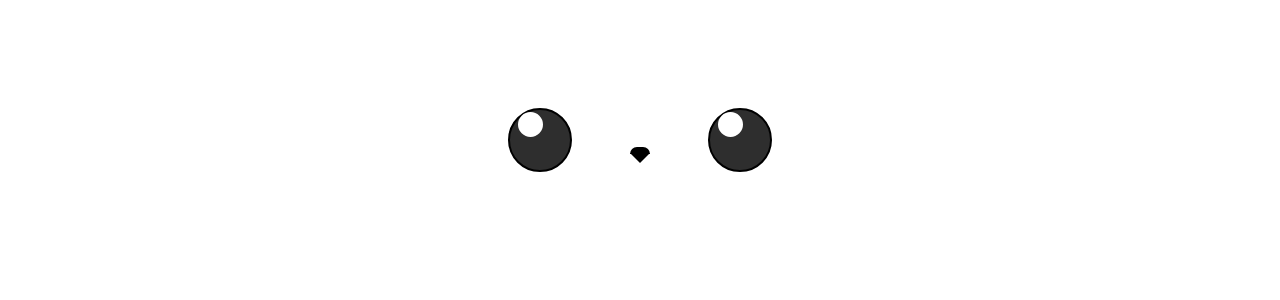
Repository: chenguocan/Pokemon
Page: src/index.html
An editor plug-in stored every save of this project. The page is shown before and after the next save, followed by the edit.
The browser window is 1280 px wide. The pictures show the whole page.

Above is the page before, as saved 2020-08-16 11:16:28.

### src/index.html
<!DOCTYPE html>
<html lang="en">

<head>
    <meta charset="UTF-8">
    <meta name="viewport"
        content="width=device-width,initial-scale=1,minimum-scale=1,maximum-scale=1,user-scalable=no,viewport-fit=cover">
    <title>皮卡丘</title>
    <link rel="stylesheet" href="./style.css">
</head>

<body>
    <div class="skin">

        <div class="eye left"></div>
        <div class="eye right"></div>
        <div class="nose">
            <div class="yuan"></div>

        </div>
        <div class="face"></div>
        <div class="face"></div>
        <div class="mouth">
            <div class="up"></div>
            <div class="down"></div>
        </div>
    </div>
    <script src="./main.js"></script>
</body>

</html>

### src/style.css
*{
    box-sizing: border-box;
}
*::after{
    box-sizing: border-box;
}
*::before{
    box-sizing: border-box;
}
.skin{
    position: relative;
}
.nose{
    border: 10px solid;
    border-color:black transparent transparent transparent;
    width: 0px;
    height: 0px;
    position: relative;
    left: 50%;
    top: 145px;
    margin-left: -10px;
}
.yuan{
    position: absolute;
    width: 20px;
    height: 7px;
    background:black;
    top:-16px;
    left:-10px;
    border-radius:14px 14px 0 0;
}
.eye{
    border:2px solid #000;
    width: 64px;
    height: 64px;
    position: absolute;
    left: 50%;
    margin-left: -32px;
    top: 100px;
    background:#2e2e2e;
    border-radius: 50%;
}
.eye::before{
    content:"";
    display: block;
    border:3px solid white;
    width: 25px;
    height: 25px;
    border-radius: 50%;
    background:#fff;
    position: relative;
    left: 8px;
    top:2px;
}
.left{
    transform: translateX(-100px);
}
.right{
    transform: translateX(100px);
}

Loaded but not shown: src/main.js (no stored copy; drawn as an empty file)

After the next save:
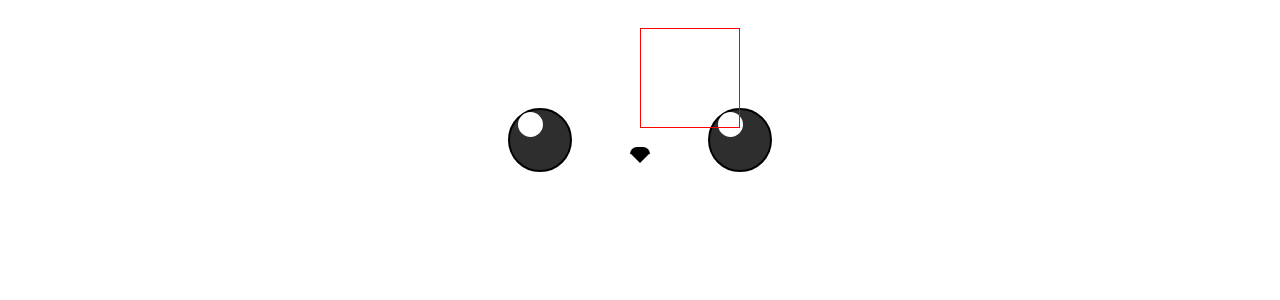
Saved 3 h 57 min later.
--- a/src/style.css
+++ b/src/style.css
@@ -58,3 +58,10 @@
 .right{
     transform: translateX(100px);
 }
+.mouth{
+    border:1px solid red;
+    width:100px;
+    height: 100px;
+    position: absolute;
+    left: 50%;
+}
